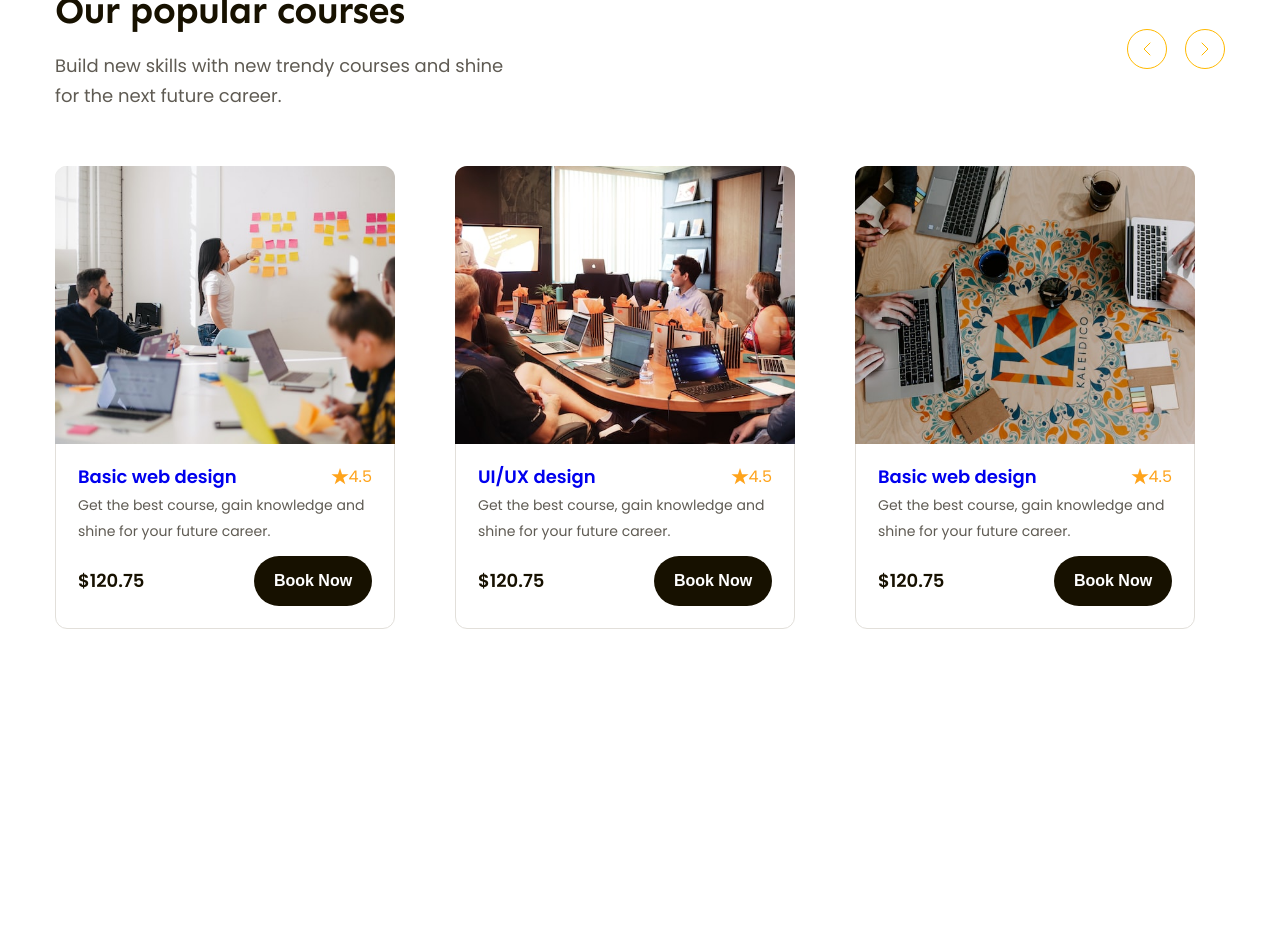
Repository: ynguyen1512/htmlcss-project-02
Page: index.html
These files come from the project's save history. The page is drawn as it stood at one moment and after the next save; the edit follows.
The browser window is 1280 px wide. The pictures show the part of the page from y = 1113 to 2065 px (the page is 5000 px tall).
A picture or video elsewhere on the page could not be fetched, so the positions and the page height are approximate.

Above is the page before, as saved 2023-02-20 23:08:21.

### index.html
<!DOCTYPE html>
<html lang="en">
<head>
    <meta charset="UTF-8">
    <meta http-equiv="X-UA-Compatible" content="IE=edge">
    <meta name="viewport" content="width=device-width, initial-scale=1.0">
    <title>F8 Project 02</title>
    <!-- Reset CSS -->
    <link rel="stylesheet" href="./assets/css/reset.css">
    <!-- Embed fonts -->
    <link rel="preconnect" href="https://fonts.googleapis.com">
    <link rel="preconnect" href="https://fonts.gstatic.com" crossorigin>
    <link href="https://fonts.googleapis.com/css2?family=Poppins:ital,wght@0,400;0,500;0,600;0,700;1,400&family=Sen:wght@700&display=swap" rel="stylesheet">
    <!-- Styles -->
    <link rel="stylesheet" href="./assets/css/style.css">
</head>
<body>
    <main style="height: 5000px;">
        <!-- Header -->
        <header class="header fixed">
            <div class=" main-content">
                <di class="body">
                    <!-- Logo -->
                    <a href="#">
                        <img src="./assets/img/logo.png" alt="Lesson." class="logo">
                    </a>
                    <!-- Navigation -->
                    <nav class="nav">
                        <ul>
                            <li class="active"><a href="#!">Home</a></li>
                            <li><a href="#!">Courses</a></li>
                            <li><a href="#!">Pricing</a></li>
                            <li><a href="#!">Reviews</a></li>
                        </ul>
                    </nav>

                    <!-- Action -->
                    <div class="action">
                        <a href="" class="btn sign-up-btn">Sign Up</a>
                    </div>
                </di >
            </div>
        </header>

        <!-- Hero -->
        <div class="hero">
            <div class="main-content">
                <div class="body">
                    <!-- Hero-left -->
                    <div class="media-block">
                        <img src="./assets/img/hero-img.jpg"
                        alt="Learn without limits and spread knowledge." class="img">

                        <div class="hero-summary">
                            <div class="item">
                                <div class="icon">
                                    <img src="./assets/icons/list.svg" alt="">
                                </div>
                                <div class="info">
                                    <p class="label">20 Courses</p>
                                    <p class="title">UI/UX Design</p>
                                </div>
                            </div>
                            <div class="item">
                                <div class="icon">
                                    <img src="./assets/icons/code.svg" alt="">
                                </div>
                                <div class="info">
                                    <p class="label">20 Courses</p>
                                    <p class="title">Development</p>
                                </div>
                            </div>
                            <div class="item">
                                <div class="icon">
                                    <img src="./assets/icons/speaker.svg" alt="">
                                </div>
                                <div class="info">
                                    <p class="label">30 Courses</p>
                                    <p class="title">Marketing</p>
                                </div>
                            </div>
                        </div>
                    </div>
                    <!-- Hero right -->
                    <div class="content-block">
                        <h1 class="heading lv1">Learn without limits and spread knowledge.</h1>
                        <p class="desc">Build new skills for that “this is my year” feeling with courses, certificates, and degrees from world-class
                             universities and companies.</p>
                        <div class="cta-group">
                            <a href="" class="btn hero-cta">See Courses</a>
                            <button class="watch-video">
                                <div class="icon">
                                    <img src="./assets/icons/play.svg" alt="">
                                </div>
                                <span>Watch Video</span>
                            </button>
                        </div>
                        <p class="desc">Recent engagement</p>
                        <p class="desc stats">
                            <strong>50K</strong> Students
                            <strong>70+</strong> Courses
                        </p>
                    </div>
                </div>
            </div>
        </div>

        <!-- Popular -->
        <div class="popular">
            <div class="main-content">
                <div class="popular-top">
                    <div class="info">
                        <h2 class="heading lv2">Our popular courses</h2>
                        <p class="desc">
                            Build new skills with new trendy
                            courses and shine for the next future career.</p>
                    </div>
                    <div class="controls">
                        <button class="control-btn">
                            <svg width="8" height="14" viewBox="0 0 8 14" fill="none" xmlns="http://www.w3.org/2000/svg">
                                <path d="M7 1L1 7L7 13" stroke="currentColor" stroke-linecap="round" stroke-linejoin="round"/>
                                </svg>
                        </button>
                        <button class="control-btn">
                            <svg width="8" height="14" viewBox="0 0 8 14" fill="none" xmlns="http://www.w3.org/2000/svg">
                                <path d="M1 1L7 7L1 13" stroke="currentColor" stroke-linecap="round" stroke-linejoin="round"/>
                                </svg>
                        </button>
                    </div>
                </div>

                <div class="course-list">
                    <!-- Course item 1-->
                    <div class="course-item">
                        <a href="#!">
                            <img src="./assets/img/course-1.jpg"
                            alt="Basic web design"
                            class="thumb">
                        </a>
                        <div class="info">
                            <div class="head">
                                <h3 class="title"><a href="#!">Basic web design<a></h3>
                                <div class="rating">
                                    <img src="./assets/icons/star.svg" alt="Star" class="star">
                                    <span class="value">4.5</span>
                                </div>
                            </div>
                            <p class="desc">
                                Get the best course, gain knowledge and shine for your
                                future career.
                            </p>
                            <div class="foot">
                                <span class="price">$120.75</span>
                                <button class="btn book-btn">Book Now</button>
                            </div>
                        </div>
                    </div>
                    <!-- Course item 2-->
                    <div class="course-item">
                        <a href="#!">
                            <img src="./assets/img/course-2.jpg"
                            alt="UI/UX design"
                            class="thumb">
                        </a>
                        <div class="info">
                            <div class="head">
                                <h3 class="title"><a href="#!">UI/UX design<a></h3>
                                <div class="rating">
                                    <img src="./assets/icons/star.svg" alt="Star" class="star">
                                    <span class="value">4.5</span>
                                </div>
                            </div>
                            <p class="desc">
                                Get the best course, gain knowledge and shine for your
                                future career.
                            </p>
                            <div class="foot">
                                <span class="price">$120.75</span>
                                <button class="btn book-btn">Book Now</button>
                            </div>
                        </div>
                    </div>
                    <!-- Course item 3-->
                    <div class="course-item">
                        <a href="#!">
                            <img src="./assets/img/course-3.jpg"
                            alt="Web App design"
                            class="thumb">
                        </a>
                        <div class="info">
                            <div class="head">
                                <h3 class="title"><a href="#!">Basic web design<a></h3>
                                <div class="rating">
                                    <img src="./assets/icons/star.svg" alt="Star" class="star">
                                    <span class="value">4.5</span>
                                </div>
                            </div>
                            <p class="desc">
                                Get the best course, gain knowledge and shine for your
                                future career.
                            </p>
                            <div class="foot">
                                <span class="price">$120.75</span>
                                <button class="btn book-btn">Book Now</button>
                            </div>
                        </div>
                    </div>
                </div>
            </div>
        </div>
    </main>

    <footer>

    </footer>
</body>
</html>

### assets/css/style.css
* {
    box-sizing: border-box;
}

:root {
    --primary-color:#FFB900;
    --font-heading: Sen, sans-serif;
}

html, body {
    scroll-behavior: smooth;
}

html {
    font-size: 62.5%;
}

body {
    font-size: 1.6rem;
    font-family: 'Poppins', 'sans-serif';
}

/* Common */
.main-content {
    width: 1170px;
    max-width: calc(100% - 48px);
    margin-left: auto;
    margin-right: auto;
}


.heading {
    font-family: var(--font-heading);
    font-weight: 700;
    letter-spacing: -0.02em;
    color: #171100;
}

.heading.lv1 {
    font-size: 5.8rem;
    line-height: 1.17;
}

.heading.lv2 {
    font-size: 3.8rem;
    line-height: 1.26;
}

a {
    text-decoration: none;
}

.btn {
    display: inline-block;
    min-width: 118px;
    padding: 0 16px;
    line-height: 50px;
    font-weight: 600;
    font-size: 16px;
    text-align: center;
    color: #FFFFFF;
    background: #171100;
    border-radius: 999px;
    cursor: pointer;
}

.btn:hover {
    opacity: 0.9;
}

/* Header */
.header {
    background-color: #FFFCF4;
}

.header.fixed {
    position: sticky;
    top: -28px;
    z-index: 1;
}

.header .body {
    display: flex;
    align-items: center;
    padding: 36px 0 8px;
}

.nav {
    margin-left: auto;
}

.nav ul {
    display: flex;
}

.nav a {
    position: relative;
    padding: 8px 21px;
    font-size: 1.6rem;
    color: #5F5B53;
}

.nav a:hover,
.nav li.active a {
    /* font-weight: 600; */
    text-shadow: 1px 0 0 currentColor;
    color: #171100;
}

.nav li.active a::after {
    position: absolute;
    left: 21px;
    content: "";
    bottom: 6px;
    display: block;
    width: 12px;
    height: 2px;
    background: #171100;
    border-radius: 1px;
}

.header .sign-up-btn {
    min-width: 144px;
}

/* Hero */
.hero {
    padding: 56px 0 65px;
    background: #FFFCF4;
}

.hero .body {
    display: flex;
}

/* Hero left */
.hero .media-block {
    position: relative;
    width: 48%;
}


.hero .media-block .img {
    width: 470px;
    height: 685px;
    object-fit: cover;
    border-radius: 20px;
    vertical-align: bottom;
}

.hero-summary {
    position: absolute;
    right: 0;
    bottom: 48px;
    width: 270px;
    padding: 24px;
    background: #FFFFFF;
    box-shadow: 0px 16px 32px rgba(0, 0, 0, 0.05);
    border-radius: 12px;

}

.hero-summary .item {
    display: flex;
    align-items: center;
}

.hero-summary .item + .item {
    margin-top: 22px;
}


.hero-summary .icon {
    width: 48px;
    height: 48px;
    border-radius: 50%;
    display: flex;
    align-items: center;
    justify-content: center;
    background: #FFF9E8;
}

.hero-summary .item:nth-of-type(2) .icon {
    background: #FCEFFF;
}

.hero-summary .item:nth-of-type(3) .icon {
    background: #EBEAFF;
}

.hero-summary .info {
    margin-left: 16px;
}

.hero-summary .label {
    font-size: 1.4rem;
    line-height: 1.86;
    color: #5F5B53;
}

.hero-summary .title {
    font-weight: 600;
    font-size: 1.8rem;
    line-height: 1.67;
    color: #171100;
}
/* Hero right */
.hero .content-block {
    width: 52%;
    padding: 64px 0 0 130px;
}


.hero .desc {
    margin-top: 22px;
    font-weight: 400;
    font-size: 1.8rem;
    line-height: 1.67;
    color: #5F5B53;
}

.hero .cta-group {
    margin: 38px 0 48px;
    display: flex;
    align-items: center;
}

.hero-cta {
    min-width: 180px;
    background: var(--primary-color);
    line-height: 64px;
    border-radius: 32px;
}

.hero .watch-video {
    border: none;
    background-color: transparent;
    display: flex;
    margin-left: 28px;
    align-items: center;
    cursor: pointer;
}

.hero .watch-video .icon {
    display: flex;
    align-items: center;
    justify-content: center;
    width: 40px;
    height: 40px;
    border-radius: 50%;
    background: #FFFFFF;
    box-shadow: 0px 8px 16px rgba(0, 0, 0, 0.07);
}

.hero .watch-video span {
    margin-left: 14px;
    font-weight: 600;
    font-size: 1.8rem;
    line-height: 1.67;
    color: #171100;
}

.hero .stats {
    margin:8px 0 0 -28px;
}

.hero .stats strong {
    font-family: var(--font-heading);
    font-weight: 700;
    font-size: 4.4rem;
    line-height: 1.23;
    color: #171100;
    padding: 0 8px 0 28px;
}

/* Popular */
.popular {
    padding: 65px 0;
    margin-top: 135px;
}

.popular-top {
    display: flex;
    justify-content: space-between;
    align-items: center;
}

.popular-top .desc {
    margin-top: 16px;
    width: 458px;
    font-size: 1.8rem;
    line-height: 1.67;
    color: #5F5B53;
}

.popular-top .controls {
    display: flex;
    gap: 18px;
}

.popular-top .control-btn {
    display: flex;
    align-items: center;
    justify-content: center;
    width: 40px;
    height: 40px;
    border-radius: 50%;
    color: var(--primary-color);
    border: 1px solid var(--primary-color);
    background: transparent;
}

.popular-top .control-btn:hover {
    background: var(--primary-color);
    color: #FFF;
    cursor: pointer;
}

.popular .course-list {
    margin-top: 55px;
    display: flex;
    gap: 30px;
}

.popular .course-item {
    flex: 1;
    background: #FFFFFF;
    border: 1px solid #E2DFDA;
    border-radius: 12px;
}

.popular .course-item:hover {
    box-shadow: 0px 18px 36px rgba(0, 0, 0, 0.05);
    border-color: transparent;
}

.popular .course-item .thumb {
    margin: -1px;
    width: calc(100% + 2px);
    height: 278px;
    object-fit: cover;
    border-radius: 12px 12px 0px 0px;
}

.popular .course-item .info {
    padding: 16px 22px 22px;
}

.popular .course-item .foot,
.popular .course-item .rating,
.popular .course-item .head {
    display: flex;
    align-items: center;
    justify-content: space-between;
}

.popular .course-item .title {
    font-weight: 600;
    font-size: 1.8rem;
    line-height: 1.67;
    color: #171100;
}

.popular .rating .value {
    font-weight: 400;
    font-size: 1.6rem;
    line-height: 1.75;
    color: #FEA31B;
}

.popular .course-item .desc {
    font-weight: 400;
    font-size: 1.4rem;
    line-height: 1.86;
    color: #5F5B53;
}

.popular .course-item .foot {
    margin-top: 12px;
}

.popular .foot .price {
    font-weight: 600;
    font-size: 1.8rem;
    line-height: 1.67;
    color: #171100;
}

.popular .course-item .book-btn {
    border: none;
}

.popular .course-item .book-btn:hover {
    color: #fff;
    background: var(--primary-color);
}

Loaded but not shown: assets/css/reset.css (common file)

After the next save:
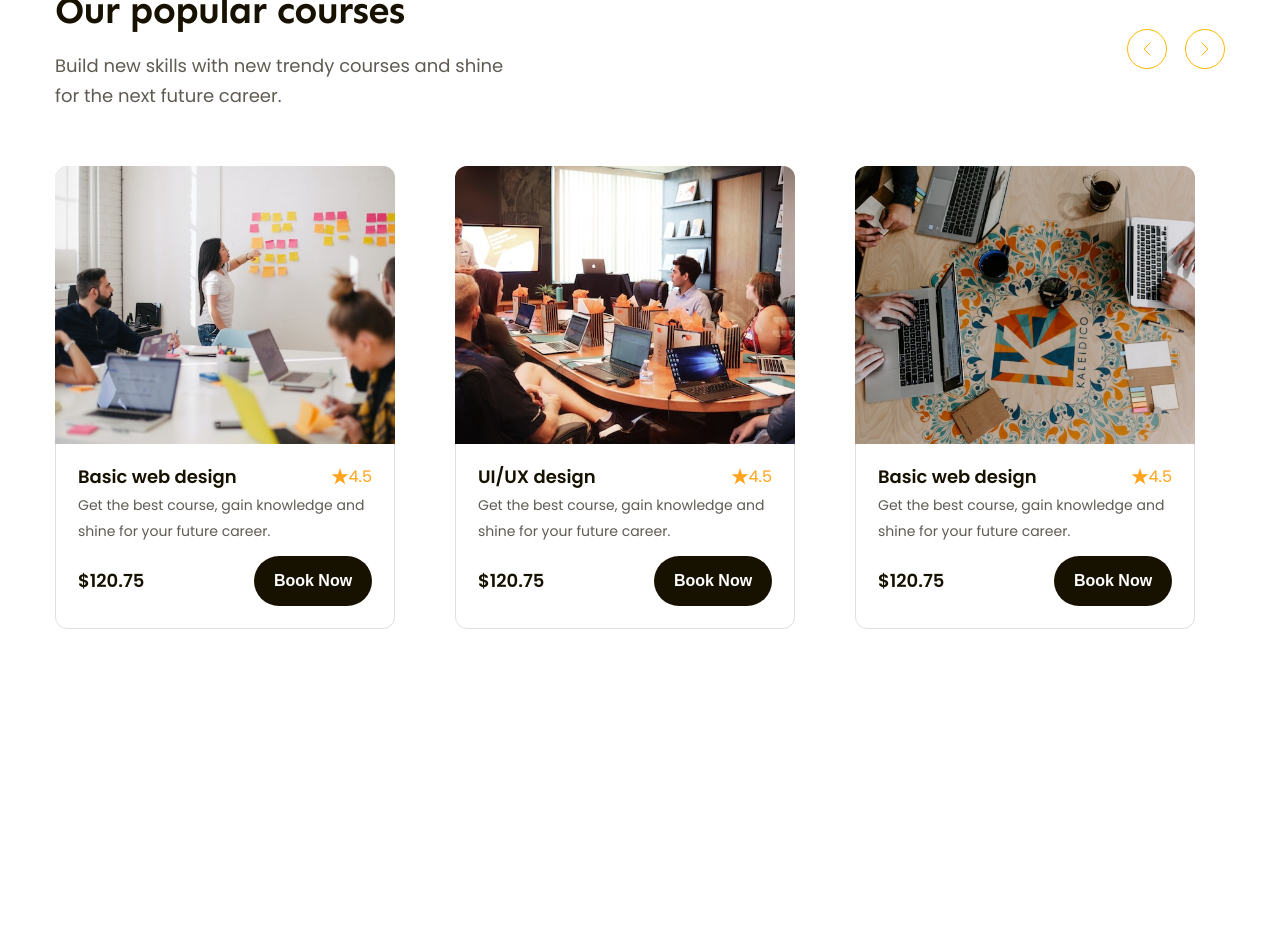
Saved 21 s later.
--- a/assets/css/style.css
+++ b/assets/css/style.css
@@ -354,7 +354,7 @@ a {
     justify-content: space-between;
 }
 
-.popular .course-item .title {
+.popular .course-item .title a{
     font-weight: 600;
     font-size: 1.8rem;
     line-height: 1.67;
